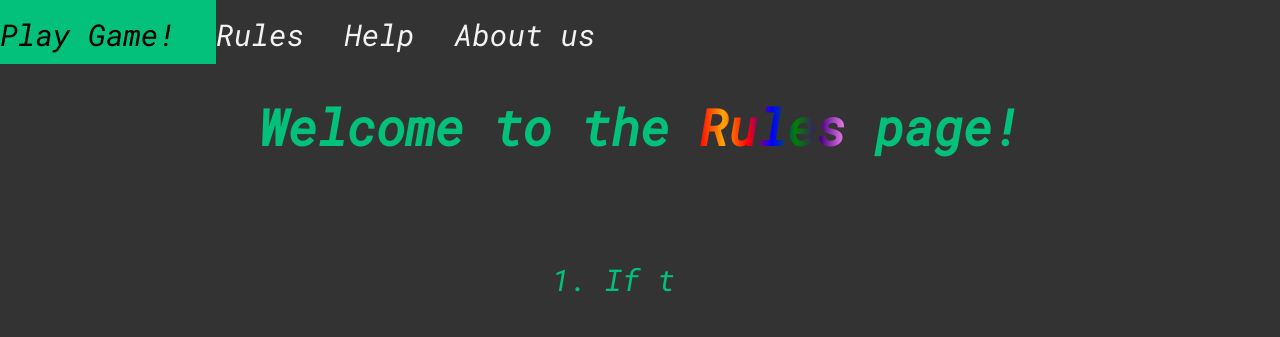
Repository: Ascendrospyder/rock-paper-scissors
Page: rulesPage.html
These files come from the project's save history. The page is drawn as it stood at one moment and after the next save; the edit follows.
The browser window is 1280 px wide. The pictures show the whole page.

Above is the page before, as saved 2022-12-26 12:58:46.

After the next save:
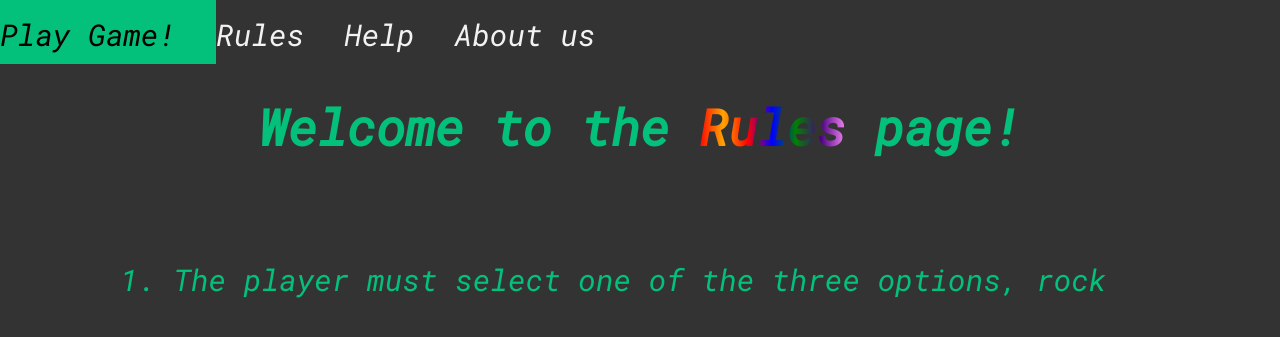
Saved 13 s later.
--- a/rulesPage.html
+++ b/rulesPage.html
@@ -33,7 +33,7 @@
 
     <div class="rules-list">
       <ol class="prompt-message">
-        <li>If t</li>
+        <li>The player must select one of the three options, rock</li>
       </ol>
     </div>
   </body>
